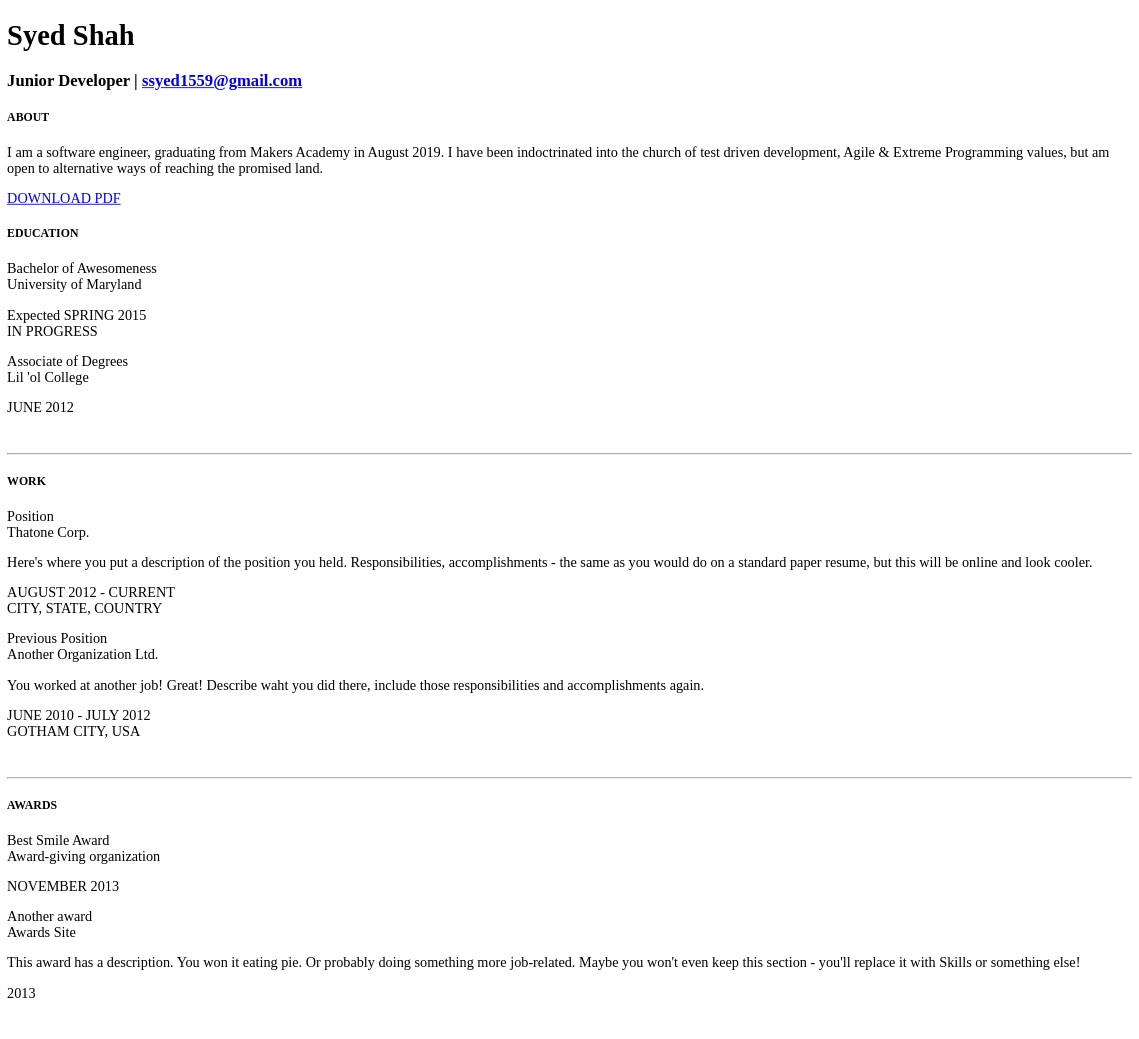
Repository: Syed-A-Shah/Resume
Page: index.html
The author's editor kept a record of every edit. The page is drawn from the files as they stood at one moment, then again after the next edit.
The browser window is 1280 px wide. The pictures show the whole page, at 89% of full size.

Above is the page before.

After the next edit:
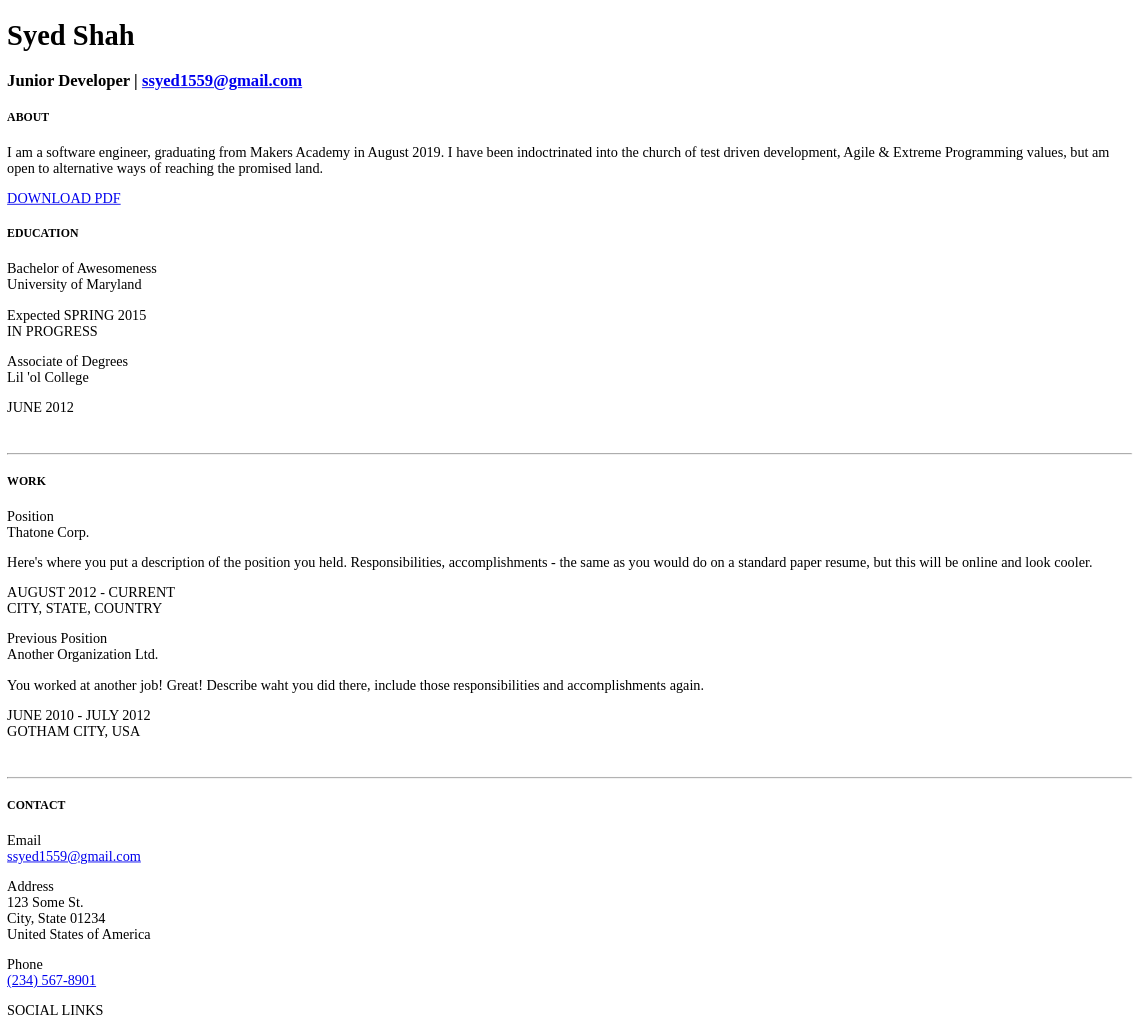
The edit:
--- a/index.html
+++ b/index.html
@@ -111,38 +111,45 @@
 		<hr>
 	</div><!--/.container -->
 
+	<section id="contact" name="contact"></section>
+		<!--FOOTER DESCRIPTION -->
+		<div id="footwrap" class="footer">
+			<div class="container">
+				<div class="row">
 
-	<!-- AWARDS SECTION -->
-	<div class="container desc">
-		<div class="row">
-				<div class="col-lg-2 col-lg-offset-1">
-					<h5>AWARDS</h5>
-				</div>
-
-				<!-- EDIT: awards line 1-->
-				<div class="col-lg-6">
-					<p><t>Best Smile Award</t><br/>
-						Award-giving organization<br/>
-					</p>
-				</div>
-				<div class="col-lg-3">
-					<p><sm>NOVEMBER 2013</sm></p>
-				</div>
-
-				<!-- EDIT: awards line 2-->
-				<div class="col-lg-6 col-lg-offset-3">
-					<p class="tight"><t>Another award</t><br/>
-						Awards Site
-					</p>
-					<p><more>This award has a description. You won it eating pie. Or probably doing something more job-related. Maybe you won't even keep this section - you'll replace it with Skills or something else!</more></p>
-				</div>
-				<div class="col-lg-3">
-					<p><sm>2013</sm></p>
-				</div>
-
-		</div><!--/.row -->
-		<br>
-	</div><!--/.container -->
+					<div class="col-lg-2 col-lg-offset-1">
+						<h5>CONTACT</h5>
+					</div>
+					<!-- EDIT: email -->
+					<div class="col-lg-6">
+						<p><t>Email</t><br/>
+							<a href="mailto:ssyed1559@gmail.com" class="mail">ssyed1559@gmail.com</a> <br/>
+						</p>
+						<!-- EDIT: address -->
+						<p><t>Address</t><br/>
+							123 Some St. <br/>
+							City, State 01234 <br/>
+							United States of America<br/>
+						</p>
+						<!-- EDIT: phone number -->
+						<p><t>Phone</t><br/>
+							<a href="tel:2345678901" class="tel">(234) 567-8901</a> <br/>
+						</p>
+					</div>
+					<div class="col-lg-3">
+						<p><sm>SOCIAL LINKS</sm></p>
+						<p>
+							<!-- EDIT: Social Links. Replace # with your URL for each -->
+							<a href="#"><i class="icon-dribbble"></i></a>
+							<a href="#"><i class="icon-twitter"></i></a>
+							<a href="#"><i class="icon-facebook"></i></a>
+							<a href="#"><i class="icon-linkedin"></i></a>
+							<!--<a href="#"><i class="icon-github"></i></a>-->
+						</p>
+					</div>
+				</div><!--/.row -->
+			</div><!--/.container -->
+		</div><!--/ #footer -->
 
 </body>
 </html>
